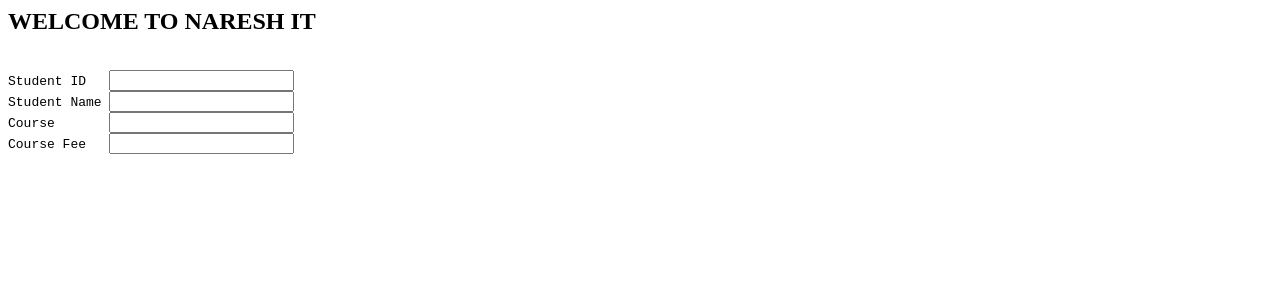
Repository: shivendra05/WebService_SpringRest
Page: http://localhost/28_JAXRSJersey_Annotation_HK2_LayerdApplication_mysql_Consumer/
The author's editor kept a copy of each file at every save. The page is drawn from the files as they stood at one save, then again after the next save.
The browser window is 1280 px wide. The pictures show the whole page.
The page is served by Tomcat 9.

Above is the page before, as saved 2021-12-22 06:26:31.

After the next save:
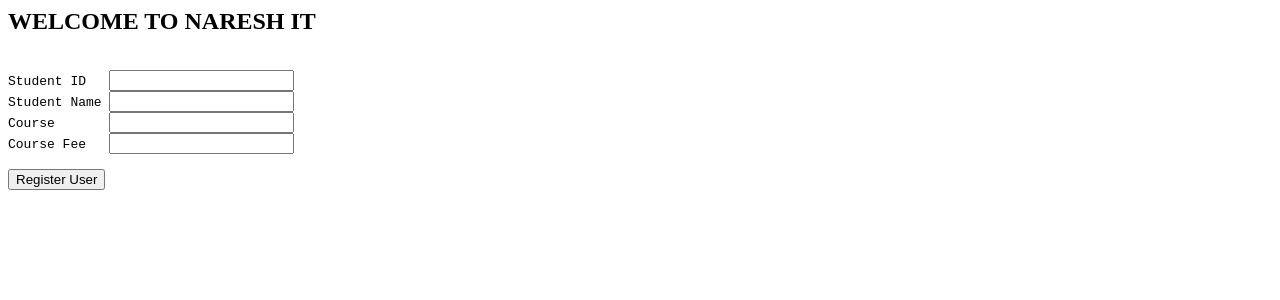
Saved 30 s later.
--- a/RestFullWebServices-JAXRS/28_JAXRSJersey_Annotation_HK2_LayerdApplication_mysql_Consumer/src/main/webapp/index.jsp
+++ b/RestFullWebServices-JAXRS/28_JAXRSJersey_Annotation_HK2_LayerdApplication_mysql_Consumer/src/main/webapp/index.jsp
@@ -1,18 +1,19 @@
 <html>
 <body>
-<h2>WELCOME TO NARESH IT</h2>
+	<h2>WELCOME TO NARESH IT</h2>
 
-<form action="" method="post">
+	<form action="" method="post">
 
-<pre>
+		<pre>
 
-Student ID   <input type="text" name= "sid">
-Student Name <input type="text" name= "sname">
-Course       <input type="text" name= "course">
-Course Fee   <input type="text" name= "fee">
+Student ID   <input type="text" name="sid">
+Student Name <input type="text" name="sname">
+Course       <input type="text" name="course">
+Course Fee   <input type="text" name="fee">
 
+<button type="submit">Register User</button>
 
 </pre>
-</form>
+	</form>
 </body>
 </html>
